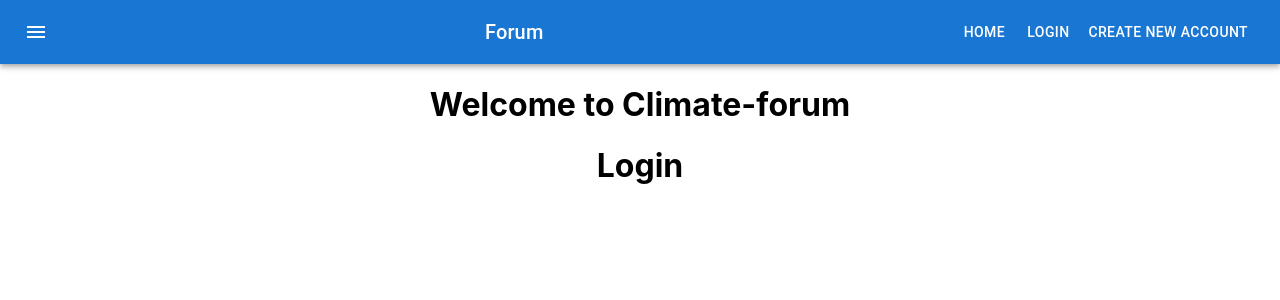
Repository: nj10deadend/mern-app-w-gql
Page: /login (app in client/climate-forum/)
An editor plug-in stored every save of this project. The page is shown before and after a run of saves, followed by the edit.
The browser window is 1280 px wide. The pictures show the whole page.
The project was rebuilt for these pictures with package versions that can differ from the ones it lists, and the page was loaded fresh each time. Also part of the build but not shown: client/climate-forum/src/components/Registration.js.

Above is the page before, as saved 2022-01-11 23:50:29.

### client/climate-forum/public/index.html
<!DOCTYPE html>
<html lang="en">
  <head>
    <meta charset="utf-8" />
    <link rel="icon" href="%PUBLIC_URL%/favicon.ico" />
    <meta name="viewport" content="width=device-width, initial-scale=1" />
    <meta name="theme-color" content="#000000" />
    <meta
      name="description"
      content="Web site created using create-react-app"
    />
    <link rel="apple-touch-icon" href="%PUBLIC_URL%/logo192.png" />
    <!--
      manifest.json provides metadata used when your web app is installed on a
      user's mobile device or desktop. See https://developers.google.com/web/fundamentals/web-app-manifest/
    -->
    <link rel="manifest" href="%PUBLIC_URL%/manifest.json" />
    <!--
      Notice the use of %PUBLIC_URL% in the tags above.
      It will be replaced with the URL of the `public` folder during the build.
      Only files inside the `public` folder can be referenced from the HTML.

      Unlike "/favicon.ico" or "favicon.ico", "%PUBLIC_URL%/favicon.ico" will
      work correctly both with client-side routing and a non-root public URL.
      Learn how to configure a non-root public URL by running `npm run build`.
    -->
    <title>Climate forum</title>
  </head>
  <body>
    <noscript>You need to enable JavaScript to run this app.</noscript>
    <div id="root"></div>
    <!--
      This HTML file is a template.
      If you open it directly in the browser, you will see an empty page.

      You can add webfonts, meta tags, or analytics to this file.
      The build step will place the bundled scripts into the <body> tag.

      To begin the development, run `npm start` or `yarn start`.
      To create a production bundle, use `npm run build` or `yarn build`.
    -->
  </body>
</html>

### client/climate-forum/src/index.js
import ReactDOM from 'react-dom';
import ApolloProviderHub from './ApolloProvider';
import './index.css';
// import App from './App';
import reportWebVitals from './reportWebVitals';

// Moved React.StrictMode to ApolloProvider componenet
ReactDOM.render(<ApolloProviderHub />, document.getElementById('root'));

// If you want to start measuring performance in your app, pass a function
// to log results (for example: reportWebVitals(console.log))
// or send to an analytics endpoint. Learn more: https://bit.ly/CRA-vitals
reportWebVitals();

### client/climate-forum/src/ApolloProvider.js
import App from './App';
import React from 'react';
import { ApolloClient, InMemoryCache, ApolloProvider, useQuery, gql} from "@apollo/client";


const client = new ApolloClient({
    uri: 'http://localhost:5000/',
    cache: new InMemoryCache()
});

function ApolloProviderHub() {
    return (
        <React.StrictMode>
            <ApolloProvider client={client}>
                <App />
            </ApolloProvider>
        </React.StrictMode>
    )
}

export default ApolloProviderHub;

### client/climate-forum/src/App.js
import './App.css';
import Home from './Home';

function App() {
  return (

    <Home />

  );
}

export default App;

### client/climate-forum/src/Home.js
import { BrowserRouter } from 'react-router-dom';
import { Route, Routes} from 'react-router-dom';

import Login from './components/Login';
import NavBar from './components/NavBar';
import Registration from './components/Registration';

function Home () {
    return (
        <div className="App">
            <NavBar />
            <h1>Welcome to Climate-forum</h1>
            <BrowserRouter>
                <Routes>
                    <Route path="/login" element={<Login />} />
                    <Route path="/register" element={<Registration />} />
                </Routes>

            </BrowserRouter>
        </div>
    )
}

export default Home;

### client/climate-forum/src/components/Login.js
function Login () {
    return (
        <div>
            <h1>Login</h1>
        </div>
    )
}

export default Login;

### client/climate-forum/src/components/NavBar.js
import * as React from 'react';
import AppBar from '@mui/material/AppBar';
import Box from '@mui/material/Box';
import Toolbar from '@mui/material/Toolbar';
import Typography from '@mui/material/Typography';
import Button from '@mui/material/Button';
import IconButton from '@mui/material/IconButton';
import MenuIcon from '@mui/icons-material/Menu';

import { Link } from 'react-router-dom';


export default function NavBar() {
    return (
      <Box sx={{ flexGrow: 1 }}>
        <AppBar position="static">
          <Toolbar>
            <IconButton
              size="large"
              edge="start"
              color="inherit"
              aria-label="menu"
              sx={{ mr: 2 }}
            >
              <MenuIcon />
            </IconButton>
            <Typography variant="h6" component="div" sx={{ flexGrow: 1 }}>
              Forum
            </Typography>
            <Button color="inherit">Home</Button>
            <Button color="inherit">Login</Button>
            <Button color="inherit">Create new Account</Button>
          </Toolbar>
        </AppBar>
      </Box>
    );
  }

Loaded but not shown: client/climate-forum/src/index.css (common file); client/climate-forum/src/reportWebVitals.js (common file); client/climate-forum/src/App.css (common file)

After the next 3 saves:
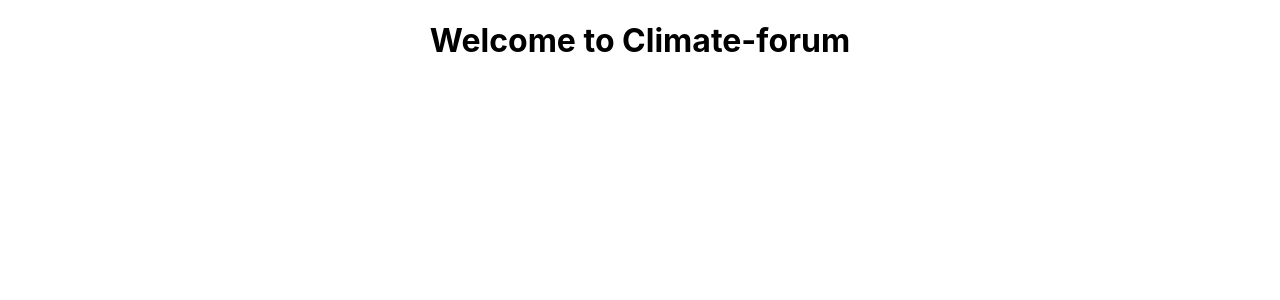
The 3 saves are shown as one change because 2 did not build or start.
The last was saved 9 min 14 s later.
--- a/client/climate-forum/src/Home.js
+++ b/client/climate-forum/src/Home.js
@@ -2,21 +2,14 @@ import { BrowserRouter } from 'react-router-dom';
 import { Route, Routes} from 'react-router-dom';
 
 import Login from './components/Login';
-import NavBar from './components/NavBar';
+
 import Registration from './components/Registration';
 
 function Home () {
     return (
         <div className="App">
-            <NavBar />
             <h1>Welcome to Climate-forum</h1>
-            <BrowserRouter>
-                <Routes>
-                    <Route path="/login" element={<Login />} />
-                    <Route path="/register" element={<Registration />} />
-                </Routes>
 
-            </BrowserRouter>
         </div>
     )
 }
--- a/client/climate-forum/src/components/NavBar.js
+++ b/client/climate-forum/src/components/NavBar.js
@@ -7,10 +7,13 @@ import Button from '@mui/material/Button';
 import IconButton from '@mui/material/IconButton';
 import MenuIcon from '@mui/icons-material/Menu';
 
-import { Link } from 'react-router-dom';
+import { useNavigate } from "react-router-dom";
+
 
 
 export default function NavBar() {
+
+    const navigate = useNavigate();
     return (
       <Box sx={{ flexGrow: 1 }}>
         <AppBar position="static">
@@ -27,9 +30,9 @@ export default function NavBar() {
             <Typography variant="h6" component="div" sx={{ flexGrow: 1 }}>
               Forum
             </Typography>
-            <Button color="inherit">Home</Button>
-            <Button color="inherit">Login</Button>
-            <Button color="inherit">Create new Account</Button>
+            <Button onClick={navigate('/')} color="inherit">Home</Button>
+            <Button onClick={navigate('/login')}color="inherit">Login</Button>
+            <Button onClick={navigate('/register')}color="inherit">Create new Account</Button>
           </Toolbar>
         </AppBar>
       </Box>
